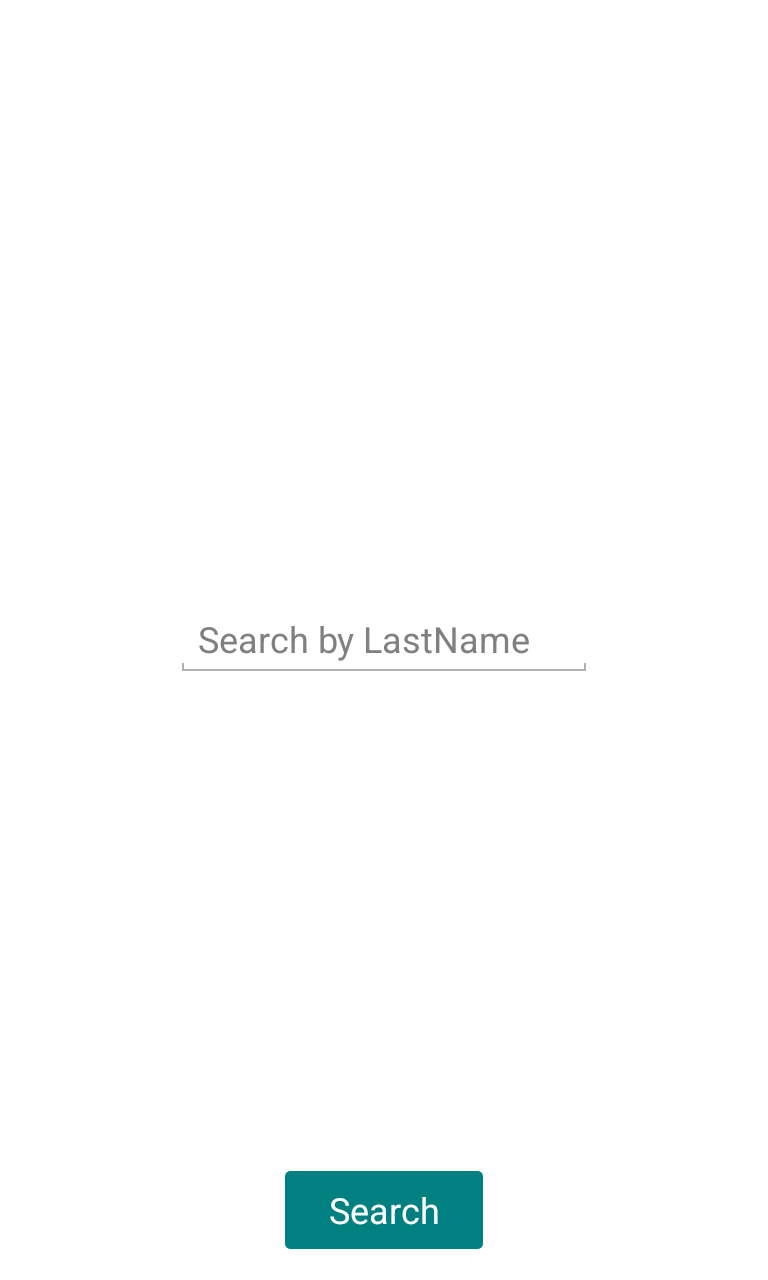
Repository: zyixc/ProjectChessV2
Layout: ChessMasters/res/layout/fragment_player_search_screen.xml
An editor plug-in stored every save of this project. The layout is shown before and after the next save, followed by the edit.
It is drawn on a 768 x 1280 px phone screen (xhdpi) without system bars, with theme AppTheme; the app's code is not run.

Above is the layout before, as saved 2014-06-25 13:25:20.

After the next save:
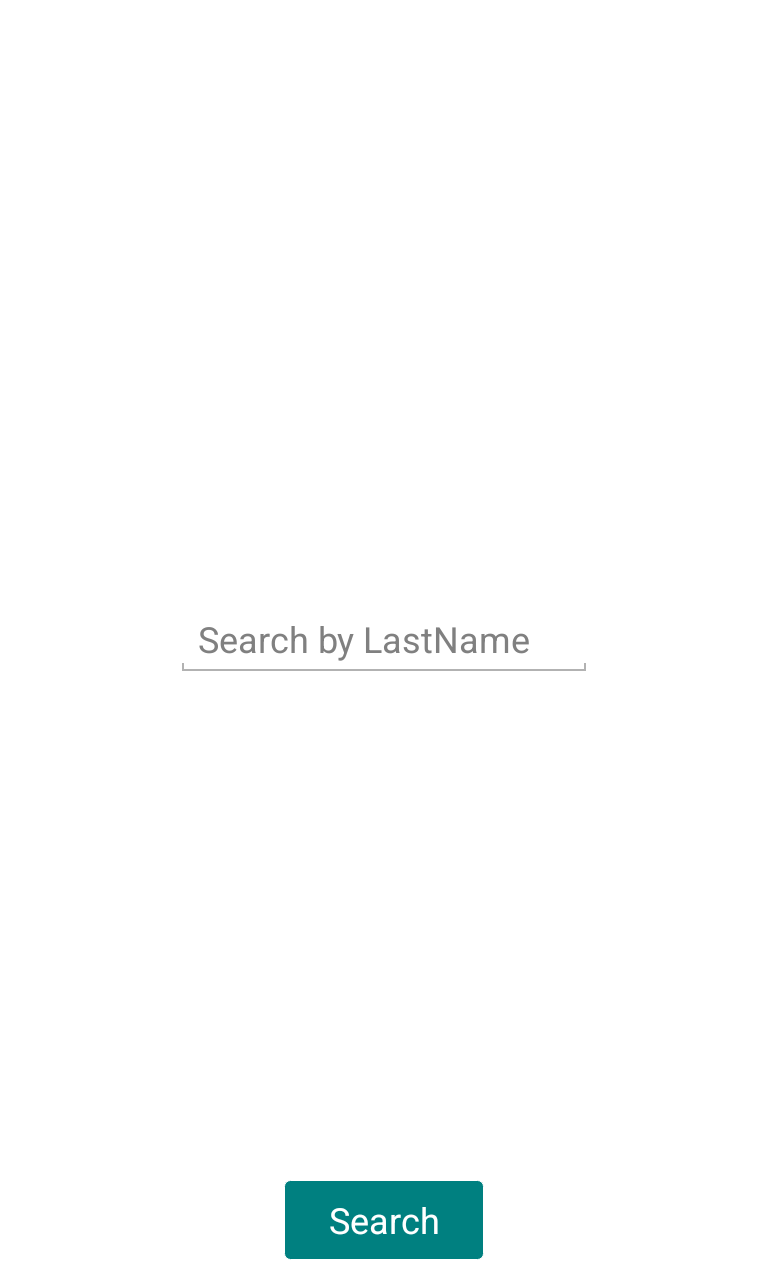
Saved 46 s later.
--- a/ChessMasters/res/layout/fragment_player_search_screen.xml
+++ b/ChessMasters/res/layout/fragment_player_search_screen.xml
@@ -4,28 +4,22 @@
     android:layout_height="fill_parent"
     xmlns:android="http://schemas.android.com/apk/res/android">
 
-    <FrameLayout
-        android:layout_width="fill_parent"
-        android:layout_height="fill_parent"
-        android:id="@+id/FPSS_layout">
+    <EditText
+        android:layout_width="wrap_content"
+        android:layout_height="wrap_content"
+        android:hint="@string/player_search_screen"
+        android:id="@+id/FPSS_lastname_editText"
+        android:ems="10"
+        android:layout_gravity="center"
+        android:inputType="textPersonName" />
 
-        <EditText
-            android:layout_width="wrap_content"
-            android:layout_height="wrap_content"
-            android:hint="@string/player_search_screen"
-            android:id="@+id/FPSS_lastname_editText"
-            android:ems="10"
-            android:layout_gravity="center"
-            android:inputType="textPersonName" />
+    <Button
+        android:layout_width="100sp"
+        android:layout_height="40sp"
+        android:text="@string/player_search_screen_search_button"
+        android:id="@+id/FPSS_search_button"
+        android:textColor="#ffffff"
+        android:background="@drawable/btnborder"
+        android:layout_gravity="center_horizontal|bottom" />
 
-        <Button
-            android:layout_width="100sp"
-            android:layout_height="40sp"
-            android:text="@string/player_search_screen_search_button"
-            android:id="@+id/FPSS_search_button"
-            android:textColor="#ffffff"
-            android:background="@drawable/btnborder"
-            android:layout_gravity="center_horizontal|bottom" />
-
-    </FrameLayout>
 </FrameLayout>
